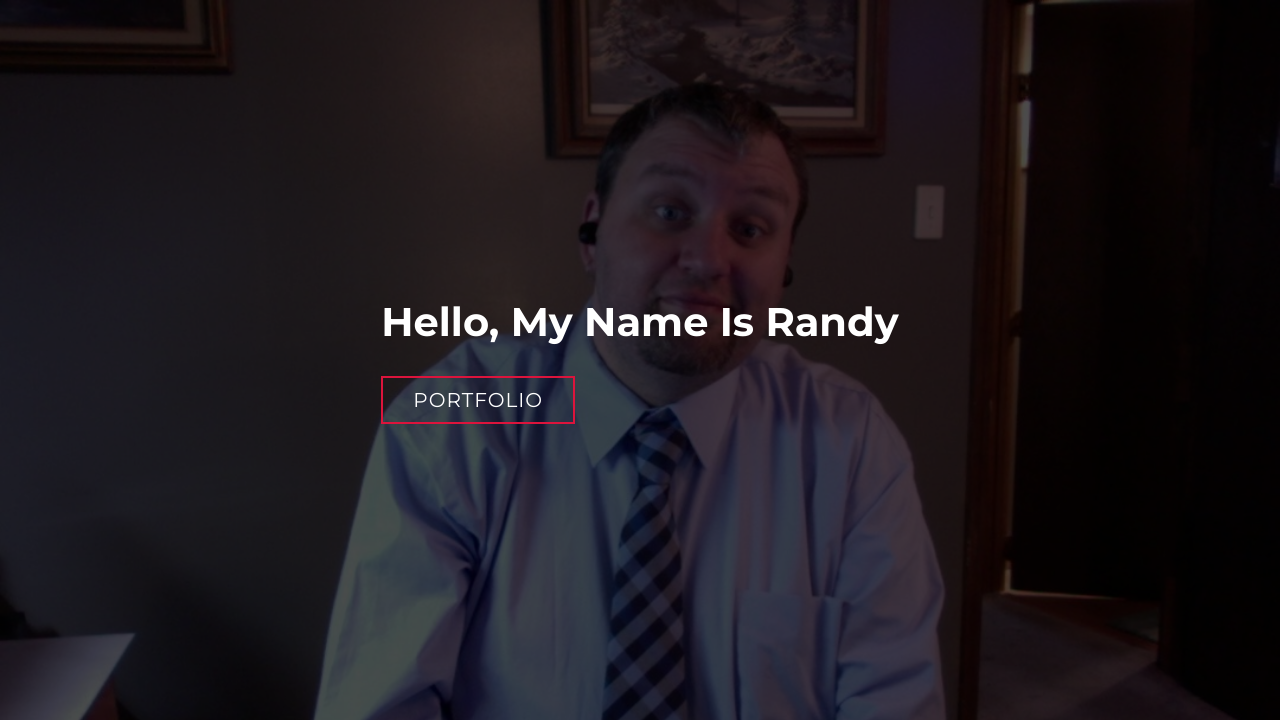
Repository: randysteele/my-portfolio-2023
Page: index.html
An editor plug-in stored every save of this project. The page is shown before and after the next save, followed by the edit.
The browser window is 1280 px wide. The pictures show the whole page.

Above is the page before, as saved 2023-04-22 14:33:33.

After the next save:
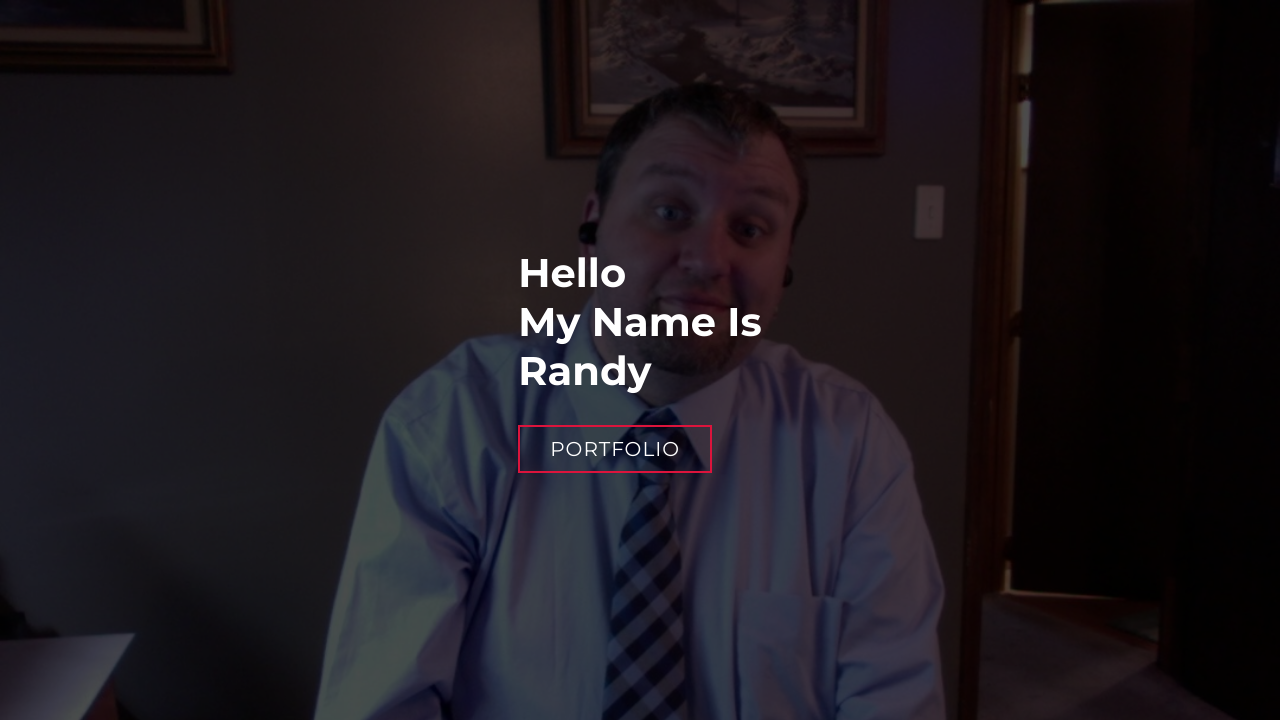
Saved 61 s later.
--- a/index.html
+++ b/index.html
@@ -12,7 +12,9 @@
     <section id="hero">
         <div class="hero container">
             <div>
-            <h1>Hello, My Name Is Randy</h1>
+            <h1>Hello</h1>
+            <h1>My Name Is</h1>
+            <h1>Randy</h1>
             <a href="#" type="button" class="cta">Portfolio</a>
         </div>
     </div>
